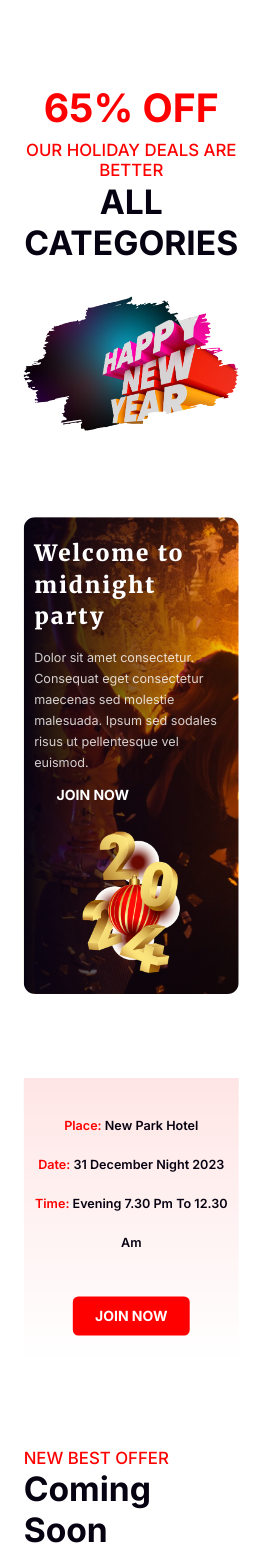
Repository: ShouravAhammed/simple-responsive-new-year
Page: index.html
These files come from the project's save history. The page is drawn as it stood at one moment and after the next save; the edit follows.
The browser window is 375 px wide. The page is 378 px wide, so the pictures cover 378 px, including what lies to the right of the window. The pictures show the part of the page from y = 0 to 2240 px (the page is 8768 px tall before and 8743 px after), at 70% of full size.

Above is the page before, as saved 2024-01-11 17:06:04.

After the next save:
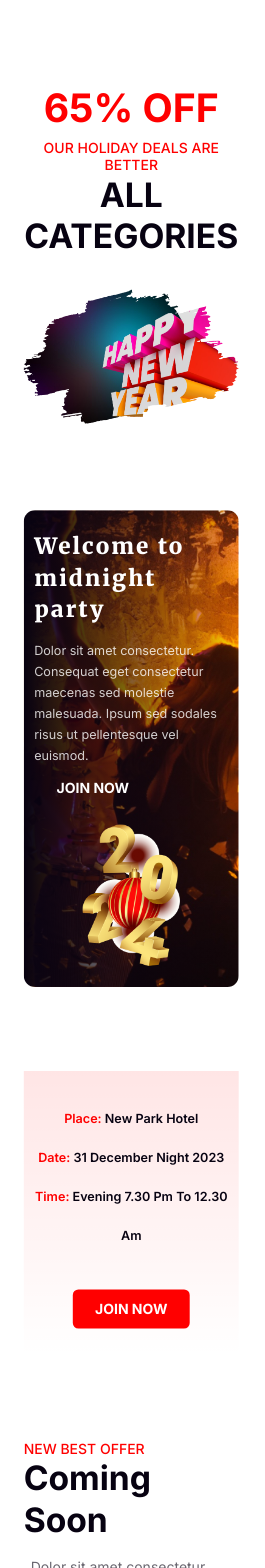
Saved 53 s later.
--- a/Style/style.css
+++ b/Style/style.css
@@ -519,6 +519,10 @@
         margin-top: 40px;
     }
 
+
+    .primary-summery {
+        font-size: 20px;
+    }
     .categories-container .categories-discount {
         font-size: 56px;
         margin-bottom: 12px;
